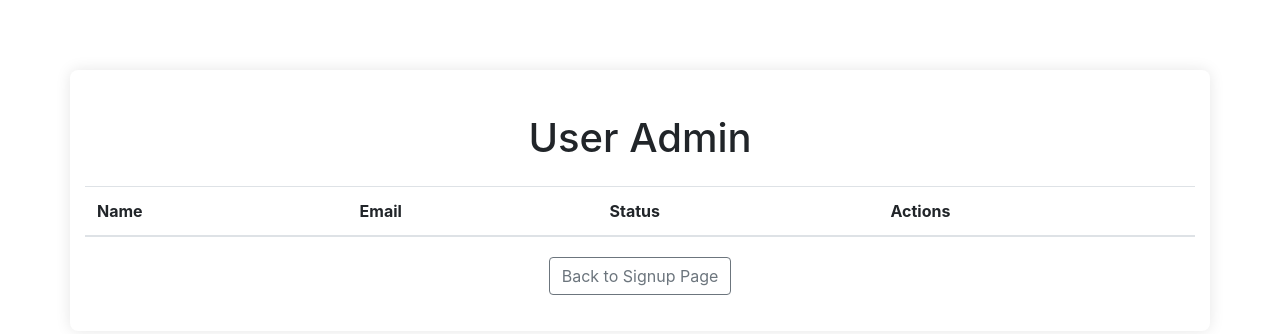
Repository: rmdayberry/yodlr-take-home
Page: public/admin.html
An editor plug-in stored every save of this project. The page is shown before and after the next save, followed by the edit.
The browser window is 1280 px wide. The pictures show the whole page.
The page's requests for data from a server got no answer.

Above is the page before, as saved 2024-10-09 10:26:56.

After the next save:
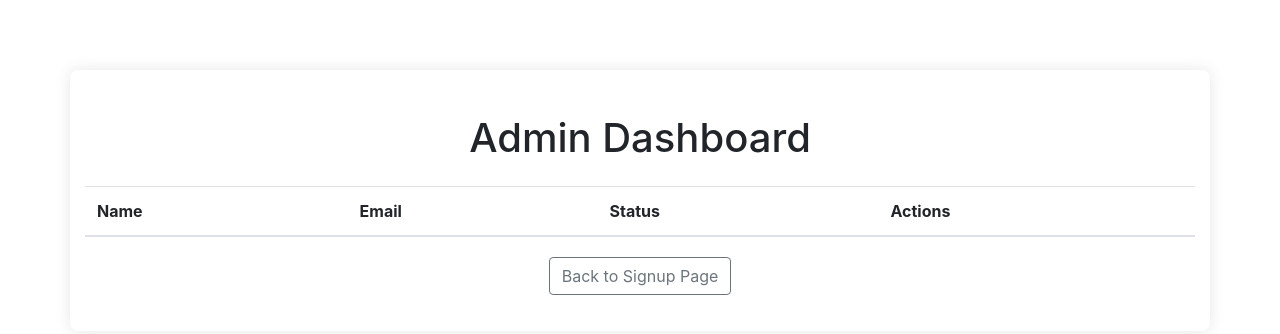
Saved 29 s later.
--- a/public/admin.html
+++ b/public/admin.html
@@ -14,7 +14,7 @@
   </head>
   <body>
     <div class="container">
-      <h1 class="mt-4">User Admin</h1>
+      <h1 class="mt-4">Admin Dashboard</h1>
       <table class="table mt-4" id="userTable">
         <thead>
           <tr>
